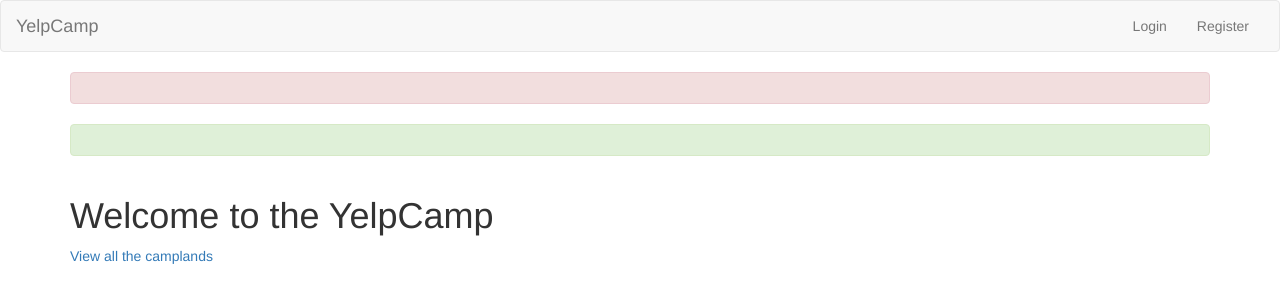
Repository: Shaney17/webdevbootcamp
Page: http://localhost/
The author's editor kept a record of every edit. The page is drawn from the files as they stood at one moment, then again after a run of edits.
The browser window is 1280 px wide. The pictures show the whole page.
The page is served by the project's Node server (YelpCamp/v9/app.js).

Above is the page before.

After the next 3 edits:
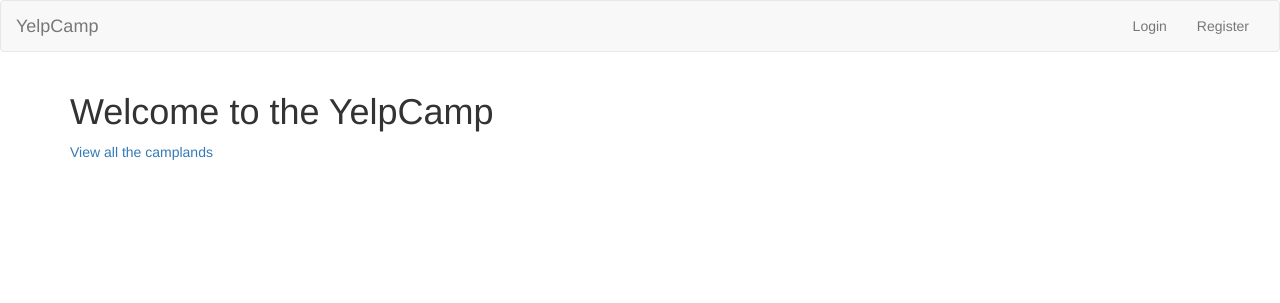
The 3 edits are shown as one change because 2 did not build or start.
The edit:
--- a/workspace/YelpCamp/v9/views/partials/header.ejs
+++ b/workspace/YelpCamp/v9/views/partials/header.ejs
@@ -29,10 +29,15 @@
     </div>
 
     <div class="container">
-        <div class="alert alert-danger" role="alert">
-            <%= error %>
-        </div>
-        <div class="alert alert-success" role="alert">
-            <%= success %>
-        </div>
+        <% if(error && error.length > 0) { %>
+            <div class="alert alert-danger" role="alert">
+                <%= error %>
+            </div>
+        <% } %>
+
+        <% if(success && success.length > 0) { %>
+            <div class="alert alert-success" role="alert">
+                <%= success %>
+            </div>
+        <% } %>
     </div>
